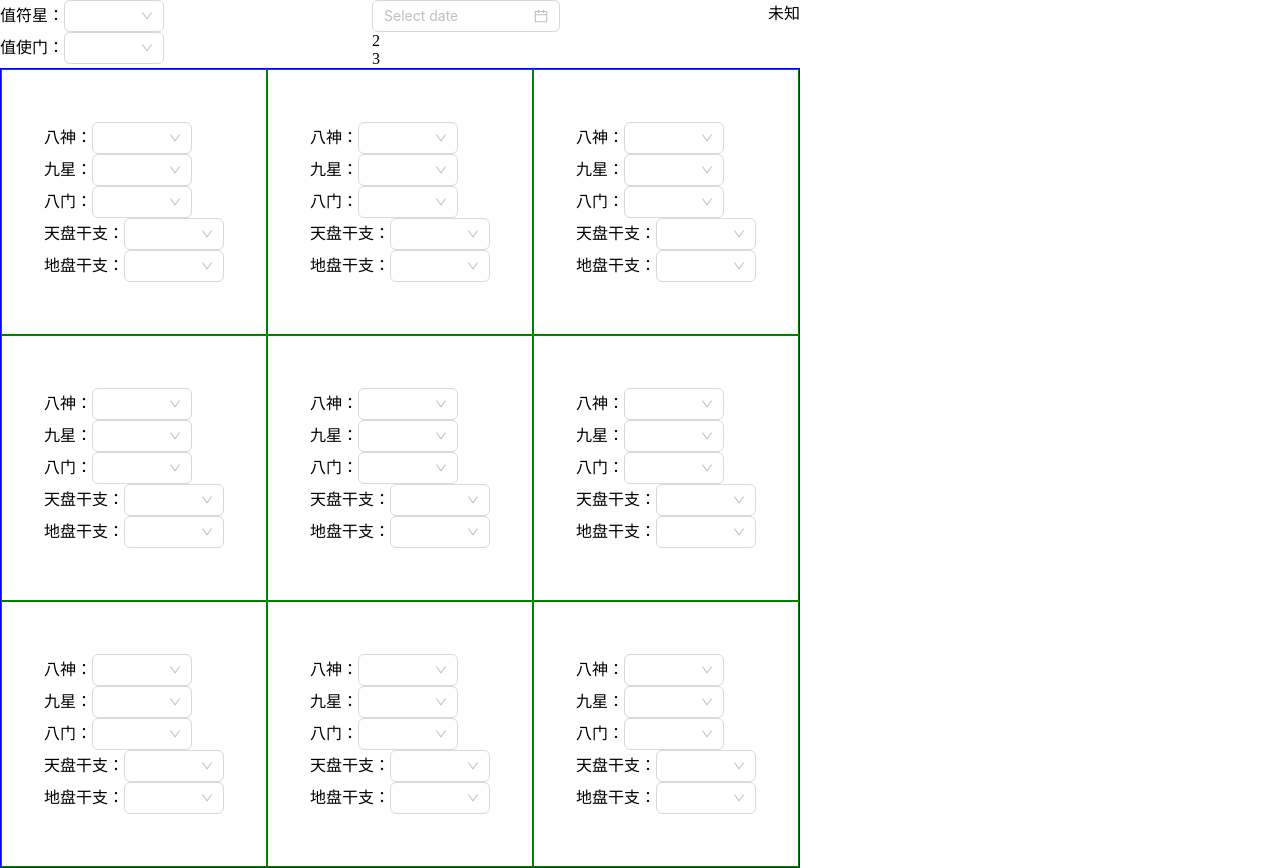
Repository: DaozhangChen/qiMen
Page: /
The author's editor kept a copy of each file at every save. The page is drawn from the files as they stood at one save, then again after the next save.
The browser window is 1280 px wide. The pictures show the whole page.
The project was rebuilt for these pictures with package versions that can differ from the ones it lists, and the page was loaded fresh each time. Also part of the build but not shown: vite.config.js.

Above is the page before, as saved 2024-04-05 18:41:44.

### src/App.jsx
import Sudoku from './compoment/Sudoku'

function App() {

  return (
    <>
      <Sudoku />
    </>
  )
}

export default App

### src/index.css
* {
  padding: 0;
  margin: 0;
  box-sizing: border-box;
}

ul,
li {
  list-style: none;
}

### src/compoment/Sudoku.jsx
import "../style/Sudoku.css"
import InfoSelect from "./InfoSelect"
import { useState } from "react"
import HeaderInfo from "./HeaderInfo"
import { useEffect } from "react"

function Sudoku() {
    const regionArr = [
        { number: 4, area: "巽" },
        { number: 9, area: "离" },
        { number: 2, area: "坤" },
        { number: 3, area: "震" },
        { number: 5, area: "中" },
        { number: 7, area: "兑" },
        { number: 8, area: "艮" },
        { number: 1, area: "坎" },
        { number: 6, area: "乾" }
    ]
    const baseHeaderInfo = {
        headerStar: null,
        headerDoor: null,
        headerTime: null,
        headerYearStem: null,
        headerMonthStem: null,
        headerDayStem: null,
        headerTimeStem: null
    }
    const [detailInfo, setDetailInfo] = useState(regionArr)
    const [headerInfoObj, setHeaderInfoObj] = useState(baseHeaderInfo)
    useEffect(() => {
        console.log("11", detailInfo)
        return () => {
            console.log("22", detailInfo)
        }
    }, [detailInfo])

    return (
        <>
            <HeaderInfo setHeaderInfo={setHeaderInfoObj} />
            <div className="sudoku-grid">
                {/* 生成九宫格 */}
                {detailInfo.map((value) => (
                    <div key={value.number} className="sudoku-row" data-key={value.number}>
                        <ul>
                            <li className="sudoku-cell">
                                <ul>
                                    <li className="god">八神：<span><InfoSelect type="god" setDetailInfo={setDetailInfo} area={value.number} /></span></li>
                                    <li className="star">九星：<span><InfoSelect type="star" setDetailInfo={setDetailInfo} area={value.number} /></span></li>
                                    <li className="door">八门：<span><InfoSelect type="door" setDetailInfo={setDetailInfo} area={value.number} /></span></li>
                                    <li className="upStem">天盘干支：<span><InfoSelect type="upStem" setDetailInfo={setDetailInfo} area={value.number} /></span></li>
                                    <li className="downStem">地盘干支：<span><InfoSelect type="downStem" setDetailInfo={setDetailInfo} area={value.number} /></span></li>
                                </ul>
                            </li>
                        </ul>
                    </div>
                ))}
            </div>
        </>
    )
}
export default Sudoku

### src/style/Sudoku.css
.sudoku-grid {
    border: 1px solid blue;
    width: 800px;
    height: 800px;
    display: grid;
    grid-template-columns: repeat(3, 1fr);
    grid-template-rows: repeat(3, 1fr);

}

.sudoku-row {
    display: flex;
    border: 1px solid green;
    align-items: center;
    justify-content: center;
}

.sudoku-cell>li {
    margin: 5px 0px;
}

### src/compoment/InfoSelect.jsx
import { Select } from "antd";
import setOption from "../toolFunction/setOption"

// eslint-disable-next-line react/prop-types
const InfoSelect = ({ type, setDetailInfo, area }) => {
    const option = setOption(type)


    const setValue = (value) => {
        //设置全局value
        if (area === "header") {
            setDetailInfo(originObj => {
                originObj[type] = value
                return { ...originObj }
            })
        } else {
            setDetailInfo(originArr => {
                const newArr = originArr.map((item) => {
                    if (item.number === area) {
                        console.log(type)
                        item[type] = value
                        return item
                    } else {
                        return item
                    }
                })
                console.log(newArr)
                return newArr
            })
        }
    }

    return (
        <>
            <Select style={{ width: 100 }} options={option} onChange={setValue} />
        </>
    )
}

export default InfoSelect

### src/compoment/HeaderInfo.jsx
import "../style/HeaderInfo.css"
import InfoSelect from "./InfoSelect"
import { DatePicker } from 'antd';
// eslint-disable-next-line react/prop-types
const HeaderInfo = ({ setHeaderInfo }) => {
    return (
        <>
            <div className="headerWrapper">
                <div>
                    <div>值符星：<span><InfoSelect type="headerStar" setDetailInfo={setHeaderInfo} area="header" /></span></div>
                    <div>值使门：<span><InfoSelect type="headerDoor" setDetailInfo={setHeaderInfo} area="header" /></span></div>
                </div>
                <div>
                    <div><DatePicker /></div>
                    <div>2</div>
                    <div>3</div>
                </div>
                <div>未知</div>
            </div>
        </>
    )
}

export default HeaderInfo

### src/toolFunction/setOption.js
function setupOption(arr) {
    const option = arr.map((value) => {
        const obj = {}
        obj.label = value
        obj.value = value
        return obj
    })
    return option
}

const setOption = (type) => {
    const godArr = ["值符", "腾蛇", "太阴", "六合", "白虎", "玄武", "九地", "九天"]
    const starArr = ["天蓬星", "天任星", "天冲星", "天辅星", "天英星", "天芮星", "天柱星", "天心星", "天禽星"]
    const doorArr = ["休门", "生门", "伤门", "杜门", "景门", "死门", "惊门", "开门"]
    const stemArr = ["戊", "己", "庚", "辛", "壬", "癸", "丁", "丙", "乙"]
    const resultMap = {
        "god": setupOption(godArr),
        "star": setupOption(starArr),
        "door": setupOption(doorArr),
        "upStem": setupOption(stemArr),
        "downStem": setupOption(stemArr),
        "headerStar": setupOption(starArr),
        "headerDoor": setupOption(doorArr)
    }
    return resultMap[type]
}

export default setOption

### src/style/HeaderInfo.css
.headerWrapper {
    display: flex;
    flex-direction: row;
    width: 800px;
    justify-content: space-between;
}

Loaded but not shown: index.html (common file); src/main.jsx (common file)

After the next save:
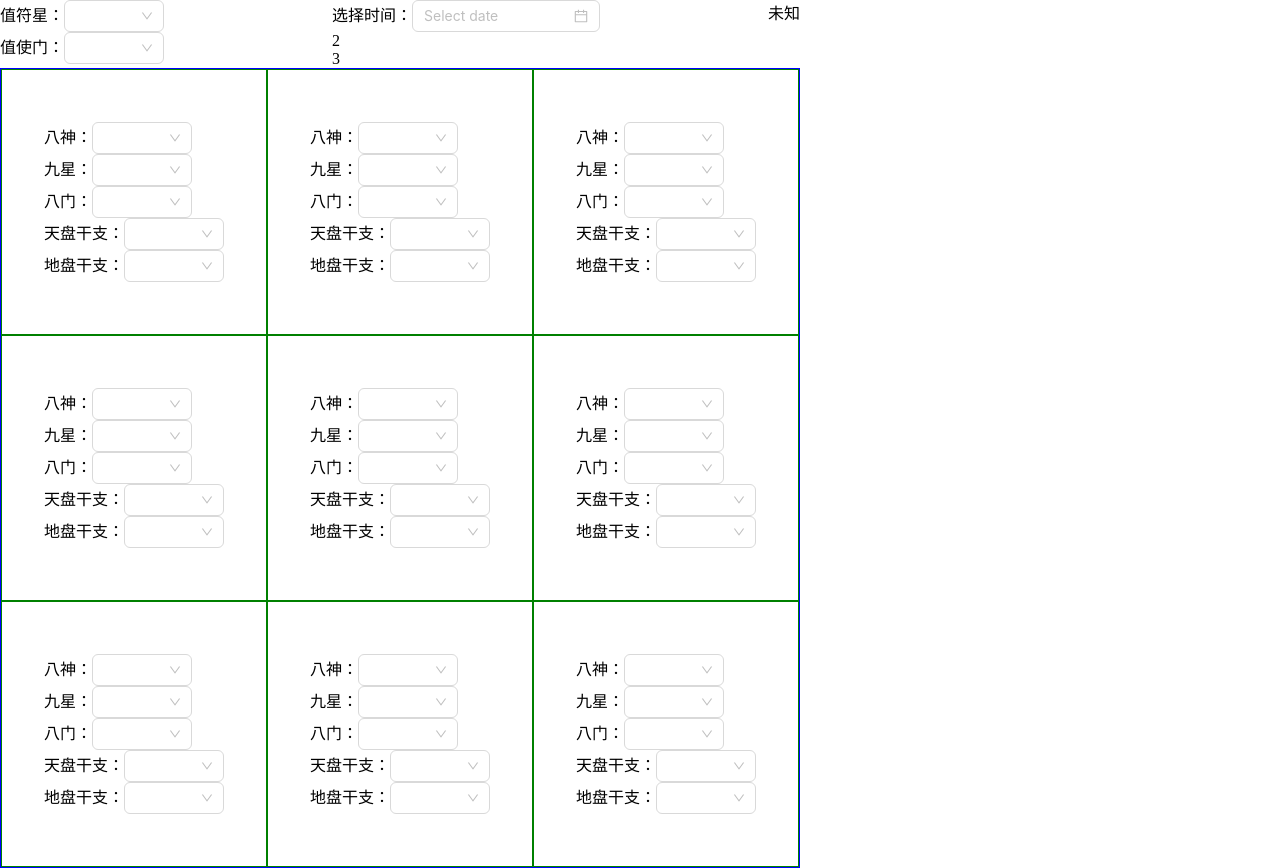
Saved 29 s later.
--- a/src/compoment/HeaderInfo.jsx
+++ b/src/compoment/HeaderInfo.jsx
@@ -11,7 +11,7 @@ const HeaderInfo = ({ setHeaderInfo }) => {
                     <div>值使门：<span><InfoSelect type="headerDoor" setDetailInfo={setHeaderInfo} area="header" /></span></div>
                 </div>
                 <div>
-                    <div><DatePicker /></div>
+                    <div>选择时间：<span><DatePicker /></span></div>
                     <div>2</div>
                     <div>3</div>
                 </div>
